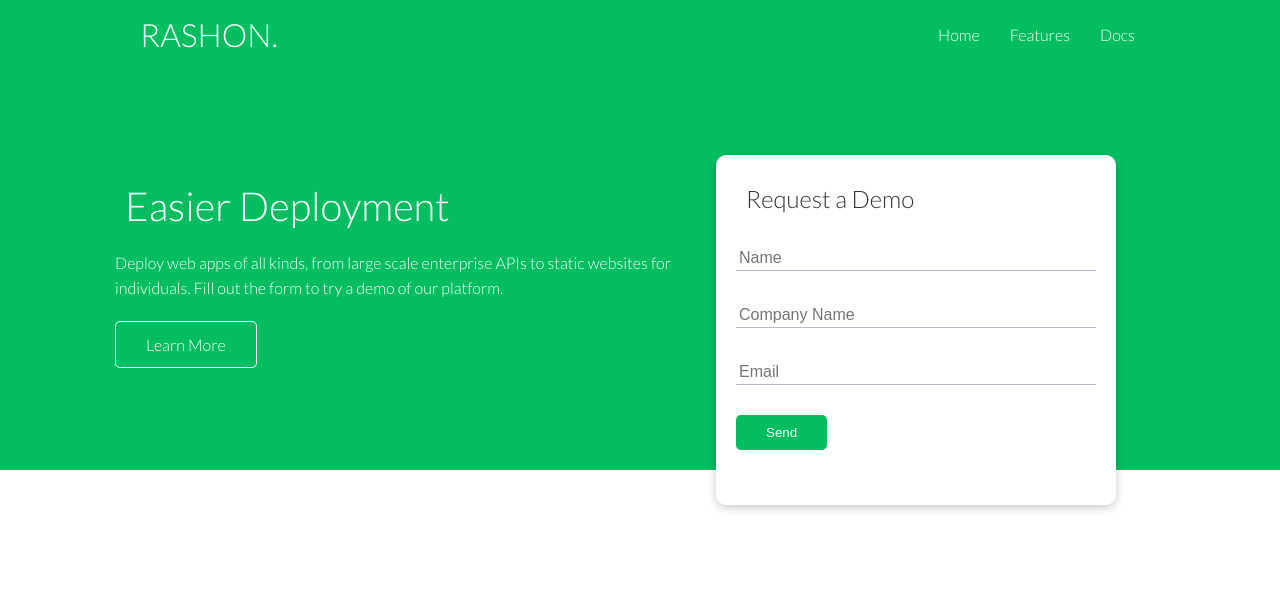
Repository: Skilis/website-modern
Page: index.html
An editor plug-in stored every save of this project. The page is shown before and after the next save, followed by the edit.
The browser window is 1280 px wide. The pictures show the whole page.

Above is the page before, as saved 2020-10-23 13:58:05.

### index.html
<!DOCTYPE html>
<html lang="en">

<head>
  <meta charset="UTF-8">
  <meta name="viewport" content="width=device-width, initial-scale=1.0">
  <link rel="stylesheet" href="https://cdnjs.cloudflare.com/ajax/libs/font-awesome/5.15.1/css/all.min.css"
    integrity="sha512-+4zCK9k+qNFUR5X+cKL9EIR+ZOhtIloNl9GIKS57V1MyNsYpYcUrUeQc9vNfzsWfV28IaLL3i96P9sdNyeRssA=="
    crossorigin="anonymous" />
  <link rel="stylesheet" href="css/style.css">
  <title>Rashon | Cloud Hosting For The SuperPhly</title>
</head>

<body>
  <!-- Navbar-->
  <div class="navbar">
    <div class="container flex">
      <h1 class="logo">RASHON.</h1>
      <nav>
        <ul>
          <li><a href="index.html">Home</a></li>
          <li><a href="features.html">Features</a></li>
          <li><a href="docs.html">Docs</a></li>
        </ul>
      </nav>
    </div>

  </div>

  <!-- Showcase-->

  <section class="showcase">
    <div class="container grid">
      <div class="showcase-text">
        <h1>Easier Deployment</h1>
        <p>Deploy web apps of all kinds, from large scale enterprise APIs to static websites for individuals. Fill out
          the form to try a demo of our platform.</p>
        <a href="features.html" class="btn btn-outline">Learn More</a>
      </div>

      <div class="showcase-form card">
        <h2>Request a Demo</h2>
        <form>
          <div class="form-control">
            <input type="text" name="name" placeholder="Name" required>
          </div>
          <div class="form-control">
            <input type="text" name="company" placeholder="Company Name" required>
          </div>
          <div class="form-control">
            <input type="email" name="email" placeholder="Email" required>
          </div>
          <input type="submit" value="Send" class="btn btn-primary">
        </form>
      </div>
    </div>

  </section>
</body>

</html>

### css/style.css
@import url('https://fonts.googleapis.com/css2?family=Lato:wght@300&display=swap');

:root {
  --primary-color: #03be61;
}

* {
  box-sizing: border-box;
  padding: 0;
  margin: 0;
}

body {
  font-family: 'Lato', sans-serif;
  color: #333;
  line-height: 1.6;
}

ul {
  list-style-type: none;
}

a {
  text-decoration: none;
  color: #333;
}

h1,
h2 {
  font-weight: 300;
  line-height: 1.2;
  margin: 10px;
}

p {
  margin: 10px 0;
}

img {
  width: 100%;
}

/* Navrbar*/

.navbar {
  background-color: var(--primary-color);
  color: #fff;
  height: 70px;
}

.navbar ul {
  display: flex;
}

.navbar a {
  color: #fff;
  padding: 10px;
  margin: 0 5px;
}

.navbar a:hover {
  border-bottom: 2px white solid;
}

.navbar .flex {
  justify-content: space-between;
}

/* Showcase*/

.showcase {
  height: 400px;
  background-color: var(--primary-color);
  color: white;
  position: relative;
}

.showcase h1 {
  font-size: 40px;
}

.showcase p {
  margin: 20px 0;
}

.showcase .grid {
  overflow: visible;
  grid-template-columns: 55% 45%;
  gap: 30px;
}

.showcase-form {
  position: relative;
  top: 60px;
  height: 350px;
  width: 400px;
  padding: 40px;
  z-index: 100;
}

.showcase-form .form-control {
  margin: 30px 0;
}

.showcase-form input[type='text'],
.showcase-form input[type='email'] {
  border: 0;
  border-bottom: 1px solid #b4becb;
  width: 100%;
  padding: 3px;
  font-size: 16px;
}

.showcase-form input:focus {
  outline: none;
}

.showcase-form::before,
.showcase ::after {
  content: '';
  position: absolute;
  height: 100px;
  bottom: -70px;
  right: 0;
  left: 0;
  background: ;
}

/* Utilities*/

.container {
  max-width: 1100px;
  margin: 0 auto;
  overflow: auto;
  padding: 0 40px;
}

.card {
  background-color: #fff;
  color: #333;
  border-radius: 10px;
  box-shadow: 0 3px 10px rgba(0, 0, 0, 0.2);
  padding: 20px;
  margin: 10px;
}

.btn {
  display: inline-block;
  padding: 10px 30px;
  cursor: pointer;
  background: var(--primary-color);
  color: #fff;
  border: none;
  border-radius: 5px;
}

.btn-outline {
  background-color: transparent;
  border: 1px #fff solid;
}

.btn:hover {
  transform: scale(.98);
}

.flex {
  display: flex;
  justify-content: center;
  align-items: center;
  height: 100%;
}

.grid {
  display: grid;
  grid-template-columns: repeat(2, 1fr);
  gap: 20px;
  justify-content: center;
  align-items: center;
  height: 100%;
}

After the next save:
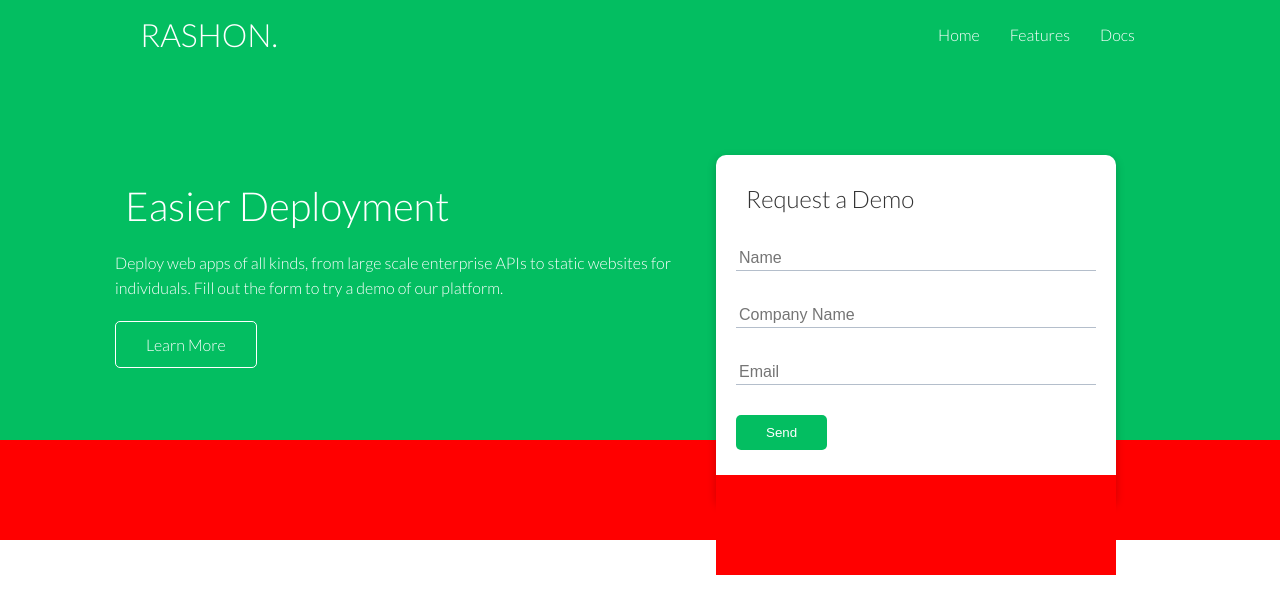
Saved 25 s later.
--- a/css/style.css
+++ b/css/style.css
@@ -123,7 +123,7 @@
   bottom: -70px;
   right: 0;
   left: 0;
-  background: ;
+  background: red;
 }
 
 /* Utilities*/
